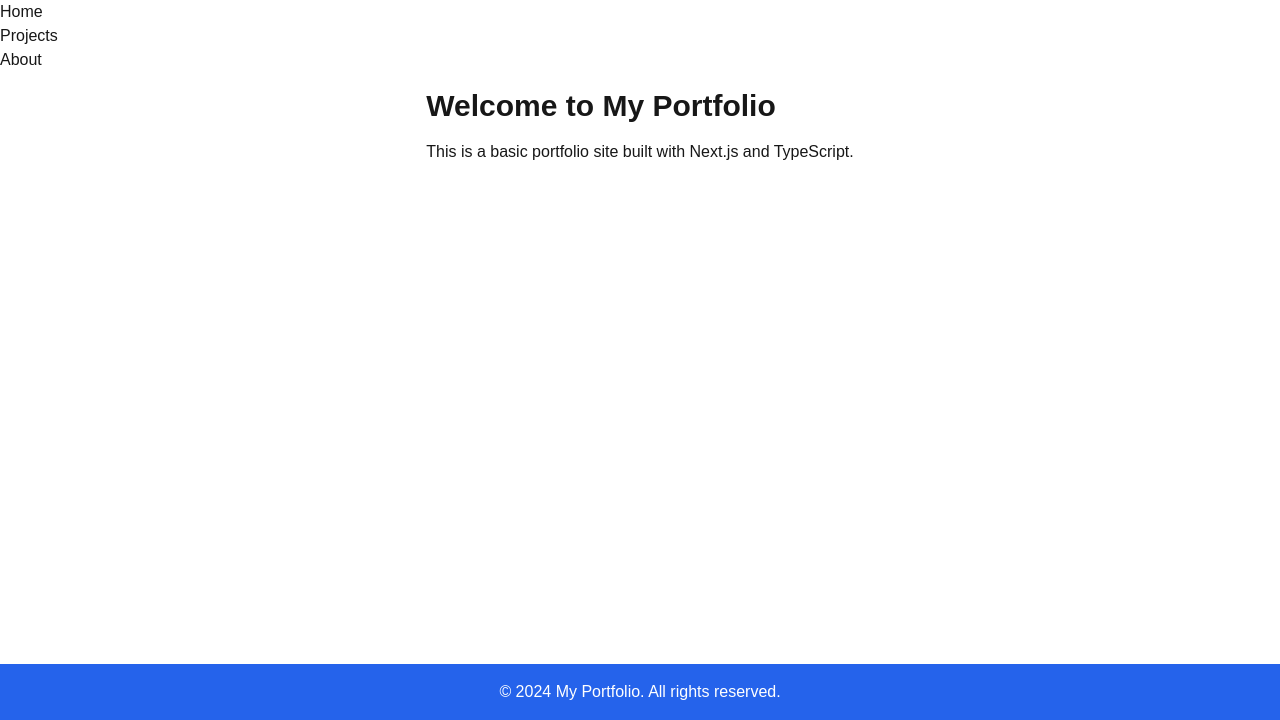
Repository: Coralee-Long/daily-bytes
Page: /
The author's editor kept a copy of each file at every save. The page is drawn from the files as they stood at one save, then again after the next save.
The browser window is 1280 px wide. The pictures show the whole page.
The project was rebuilt for these pictures with package versions that can differ from the ones it lists, and the page was loaded fresh each time. The framework's server and built-in components were replaced by stand-ins that run in the browser. Also part of the build but not shown: next.config.mjs.

Above is the page before, as saved 2024-09-11 20:40:16.

After the next save:
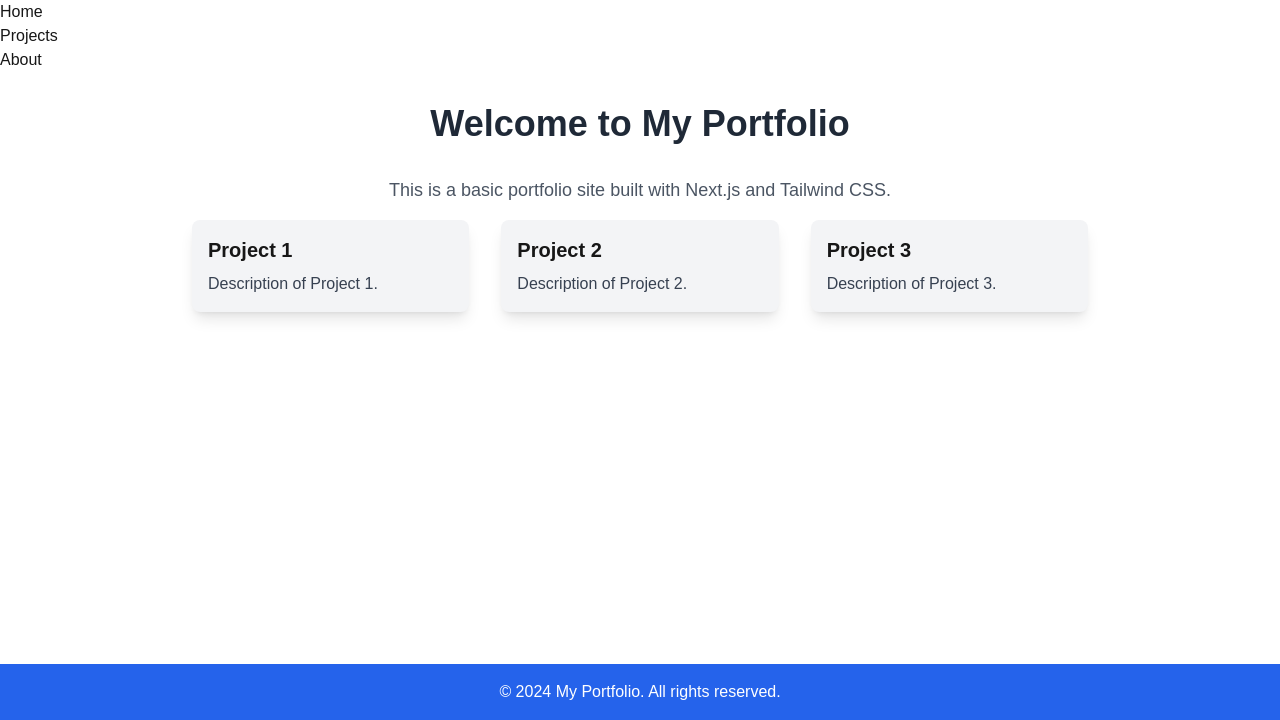
Saved 9 min 56 s later.
--- a/app/page.tsx
+++ b/app/page.tsx
@@ -5,11 +5,45 @@ import React from 'react';
 const Home: React.FC = () => {
   return (
     <div className="flex flex-col min-h-screen">
+      {/* Header */}
       <Header />
-      <main className="flex-grow p-4 max-w-4xl mx-auto">
-        <h2 className="text-3xl font-bold mb-4">Welcome to My Portfolio</h2>
-        <p>This is a basic portfolio site built with Next.js and TypeScript.</p>
+
+      {/* Main Content Area */}
+      <main className="flex-grow p-8 bg-white dark:bg-gray-900">
+        <div className="max-w-4xl mx-auto">
+          <h1 className="text-4xl font-bold text-center mb-8 text-gray-800 dark:text-white">
+            Welcome to My Portfolio
+          </h1>
+          <p className="text-center text-lg mb-4 text-gray-600 dark:text-gray-300">
+            This is a basic portfolio site built with Next.js and Tailwind CSS.
+          </p>
+
+          {/* Add more content here */}
+          <div className="grid grid-cols-1 md:grid-cols-3 gap-8">
+            {/* Example Content */}
+            <div className="p-4 bg-gray-100 dark:bg-gray-800 rounded-lg shadow-lg">
+              <h2 className="text-xl font-semibold mb-2">Project 1</h2>
+              <p className="text-gray-700 dark:text-gray-300">
+                Description of Project 1.
+              </p>
+            </div>
+            <div className="p-4 bg-gray-100 dark:bg-gray-800 rounded-lg shadow-lg">
+              <h2 className="text-xl font-semibold mb-2">Project 2</h2>
+              <p className="text-gray-700 dark:text-gray-300">
+                Description of Project 2.
+              </p>
+            </div>
+            <div className="p-4 bg-gray-100 dark:bg-gray-800 rounded-lg shadow-lg">
+              <h2 className="text-xl font-semibold mb-2">Project 3</h2>
+              <p className="text-gray-700 dark:text-gray-300">
+                Description of Project 3.
+              </p>
+            </div>
+          </div>
+        </div>
       </main>
+
+      {/* Footer */}
       <Footer />
     </div>
   );
